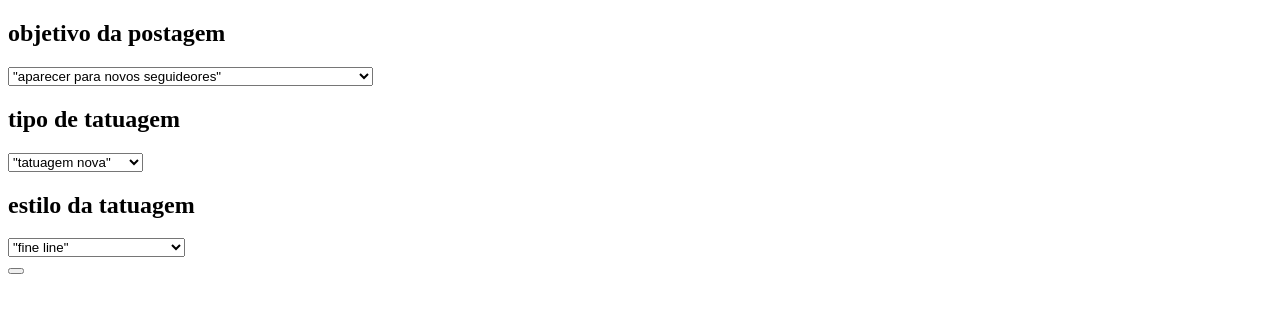
Repository: Ubiratandev/ink_api
Page: ink_IA/ink_ia.html
These files come from the project's save history. The page is drawn as it stood at one moment and after the next save; the edit follows.
The browser window is 1280 px wide. The pictures show the whole page.

Above is the page before, as saved 2026-03-23 22:34:19.

After the next save:
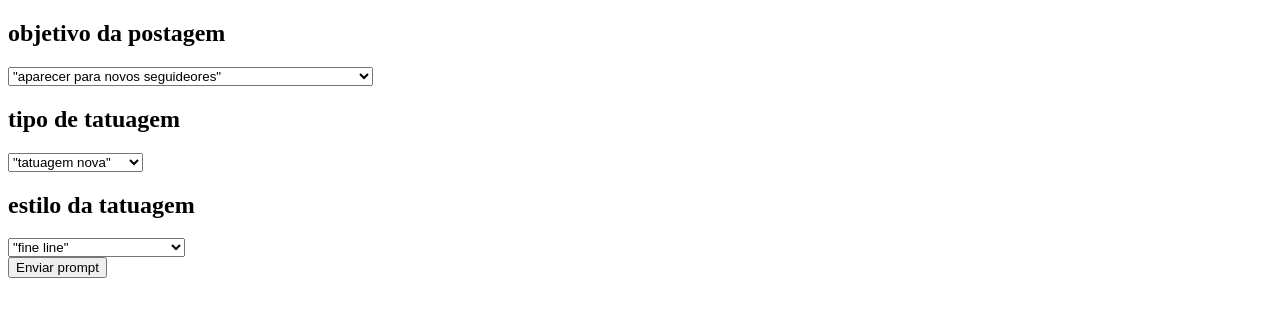
Saved 24 s later.
--- a/ink_IA/ink_ia.html
+++ b/ink_IA/ink_ia.html
@@ -63,6 +63,6 @@
    </script>
    </div>
 
-   <button value = "enviar prompt"></button>
+   <button value = "enviar">Enviar prompt</button>
 </body>
 </html>
